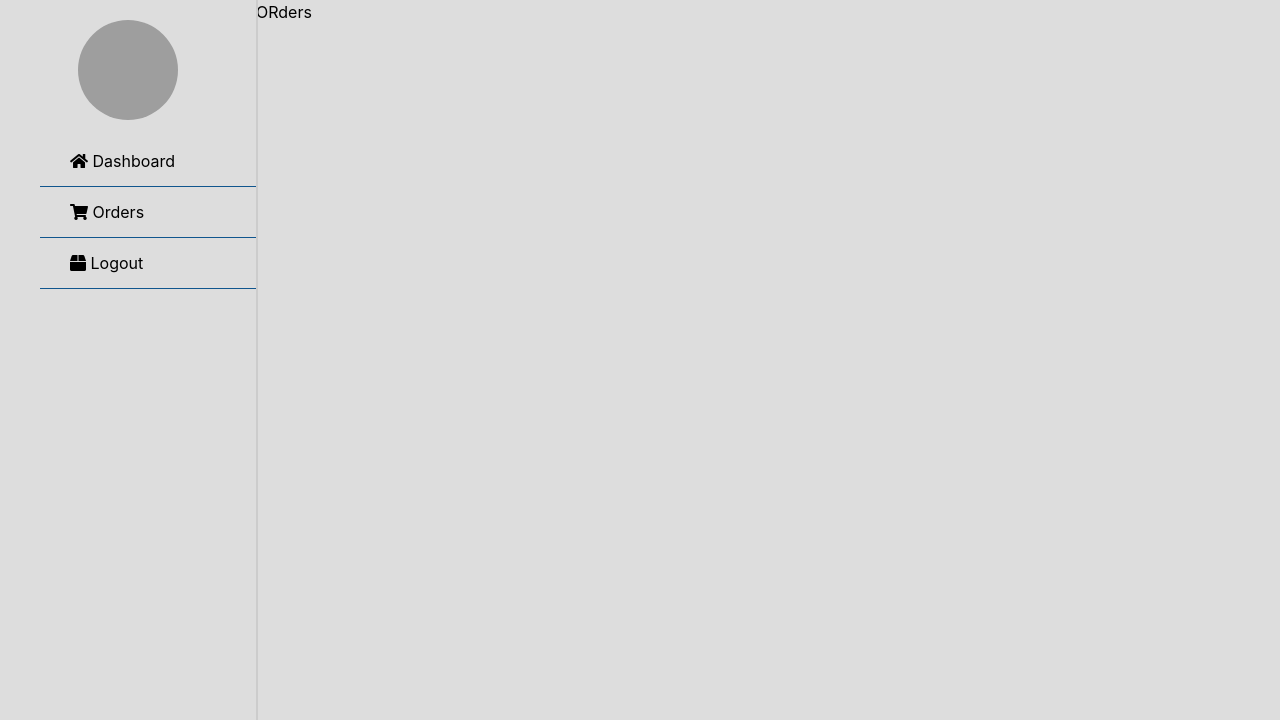
Repository: cjaymoni/FE_Submission02
Page: http://localhost/orders
The author's editor kept a copy of each file at every save. The page is drawn from the files as they stood at one save, then again after the next save.
The browser window is 1280 px wide. The pictures show the whole page.
Pictures or frames that could not be fetched are drawn as grey boxes. Some web libraries are served in a nearby version. The page is run by PHP 8.4 with error messages shown; the project is at /var/www/html/.

Above is the page before, as saved 2022-09-29 14:49:30.

### index.php
<!doctype html>
<html lang="en">
<head>
    <?php include './layout/header.html' ?>
</head>
<body>
<?php
require_once './layout/sidebar.html';

$request = $_SERVER['REQUEST_URI'];

switch ($request) {
        case '/' :
        case '' :
        case '/home' :
            case '/login':
                case '/login/':
        require __DIR__.'/views/login-page/login.html';
        break;


        case '/orders':
        case '/orders/':
        require __DIR__.'/views/orders/orders.html';
        break;

        case '/dashboard':
        case '/dashboard/':
        require __DIR__.'/views/dashboard/dashboard.html';
        break;





        default:
        require __DIR__.'/views/login-page/login.html';
        break;
}
?>

 <?php require_once './layout/footer.html' ?>
</body>
</html>

### layout/header.html
<meta charset="utf-8" />
<meta name="viewport" content="width=device-width, initial-scale=1.0" />

<!-- FavIcon -->
<link rel="icon" type="image/svg+xml" href="assets/Freddys_Logo.svg" />

<!-- CSS -->
<link rel="stylesheet" href="css/styles.css" />

<!-- Font Awesome -->
<link
  rel="stylesheet"
  href="https://use.fontawesome.com/releases/v5.8.1/css/all.css"
/>

<!-- Title -->
<title>Freddy's Shop</title>

### layout/sidebar.html
<aside>
  <div class="sidebar" id="sidebar">
    <div class="profile">
      <img src="assets/Freddys_Logo.svg" alt="Freddys_Logo" />
    </div>
    <ul>
      <li>
        <a href="/dashboard">
          <i class="fas fa-home"></i>
          <span>Dashboard</span>
        </a>
      </li>
      <li>
        <a href="/orders">
          <i class="fas fa-shopping-cart"></i>
          <span>Orders</span>
        </a>
      </li>
      <li>
        <a href="products.html">
          <i class="fas fa-box"></i>
          <span>Logout</span>
        </a>
      </li>
    </ul>
  </div>
</aside>
<script src="js/sidebar-toggle.js"></script>

### views/orders/orders.html
<div class="content">ORders</div>

### layout/footer.html
<script
  src="https://code.jquery.com/jquery-3.6.1.min.js"
  integrity="sha256-o88AwQnZB+VDvE9tvIXrMQaPlFFSUTR+nldQm1LuPXQ="
  crossorigin="anonymous"
></script>

### css/styles.css
:root {
    --color-primary: #f00;
    --color-secondary: #0f0;
    --color-tertiary: rgb(0, 110, 255);
    background-color: #dddddd;
    font-family: Inter, Avenir, Helvetica, Arial, sans-serif;
    font-size: 16px;
    line-height: 24px;
    min-width: 100vw;
    min-height: 100vh;
    scroll-behavior: smooth;
}


body {
    overflow-x: hidden;
    height: 100vh;
    width: 100vw;
    margin: 0;
}

.login-div {
    display: flex;
    flex-direction: column;
    justify-content: center;
    align-items: center;
    border: 5px solid rgb(65, 61, 61);
    margin: auto;
    margin-top: 15%;
    width: 50%;
    padding: 5px;


}

.login-head {
    display: flex;
    justify-content: space-between;
    flex-wrap: wrap;
}

.login-img {
    width: 100px;
    height: 100px;
    border-radius: 50%;
    margin: 10px;
}

.login-head-text {
    display: flex;
    justify-content: center;
    align-items: center;
    margin: 10px;
    flex-wrap: wrap;
}

.login-head-img {
    display: flex;
    justify-content: center;
    align-items: center;
    margin: 10px;
}

.login-form {
    display: flex;
    flex-direction: column;
    justify-content: center;
    align-items: center;
    margin: 10px;
    width: 100%;
}



.input-div {
    display: flex;
    flex-direction: column;
    justify-content: center;
    align-items: center;
    margin: 10px;
    width: 100%;
}

input[type=text],
input[type=password] {
    width: 100%;
    padding: 12px 20px;
    margin: 8px 0;
    display: inline-block;
    border: 2px solid #ccc;
    box-sizing: border-box;
    border-radius: 5px;
}

.login-btn {
    width: 100%;
    padding: 10px;
    border: 2px solid #ccc;
    border-radius: 5px;
}


.sidebar {
    background-color: #dddddd;
    position: fixed;
    top: 0;
    left: 0;
    width: 20%;
    height: 100%;
    padding: 20px 0;
    transition: all 0.5s ease;
    border-right: 2px solid #ccc;

}

.content {
    width: 80%;
    height: 100%;
    float: right;
}


.sidebar .profile img {
    display: block;
    width: 100px;
    height: 100px;
    border-radius: 50%;
    margin: 0 auto;
}

.sidebar ul li {
    list-style: none;

}

.sidebar ul li a {
    display: block;
    padding: 13px 30px;
    border-bottom: 1px solid #10558d;
    color: black;
    font-size: 16px;
    position: relative;
    text-decoration: none;
}

.sidebar ul li a .icon {
    color: black;
    width: 30px;
    display: inline-block;
}

### js/sidebar-toggle.js
const pgUrl = window.location.href.substr(
  window.location.href.lastIndexOf("/") + 1
);
const sdComponent = document.querySelector(".sidebar");
if (pgUrl === "login") {
  sdComponent.style.display = "none";
}

After the next save:
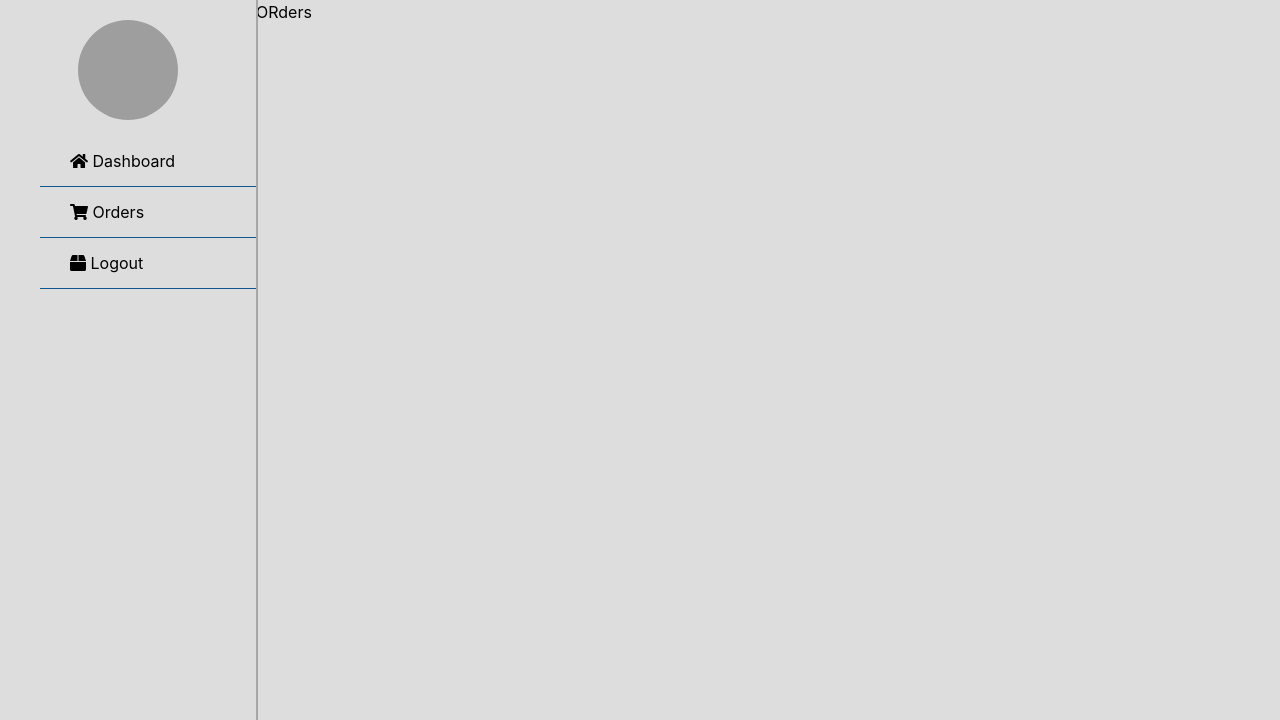
Saved 15 s later.
--- a/css/styles.css
+++ b/css/styles.css
@@ -109,7 +109,7 @@ input[type=password] {
     height: 100%;
     padding: 20px 0;
     transition: all 0.5s ease;
-    border-right: 2px solid #ccc;
+    border-right: 2px solid rgb(167, 167, 167);
 
 }
 
